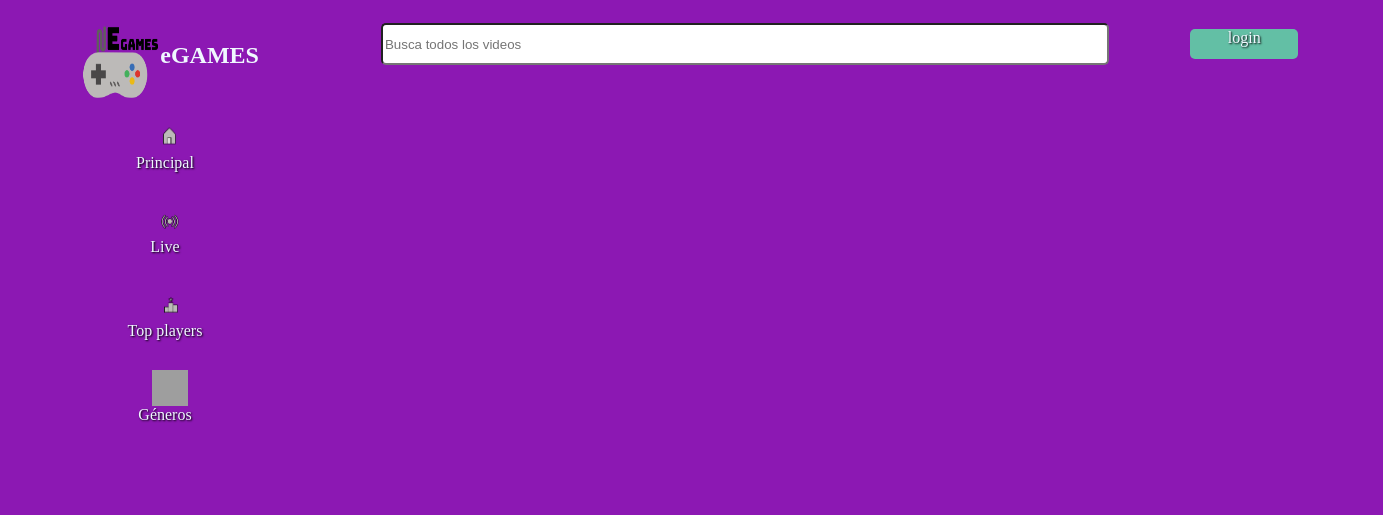
Repository: Meinuel/eGamesGonzalez
Page: index.html
These files come from the project's save history. The page is drawn as it stood at one moment and after the next save; the edit follows.
The browser window is 1280 px wide. The page is 1380 px wide, then 1383 px, so the pictures cover 1383 px, including what lies to the right of the window. The pictures show the whole page.
Pictures or frames that could not be fetched are drawn as grey boxes. Some web fonts or font styles are not loaded; a fallback is used.

Above is the page before, as saved 2021-06-24 16:08:40.

After the next save:
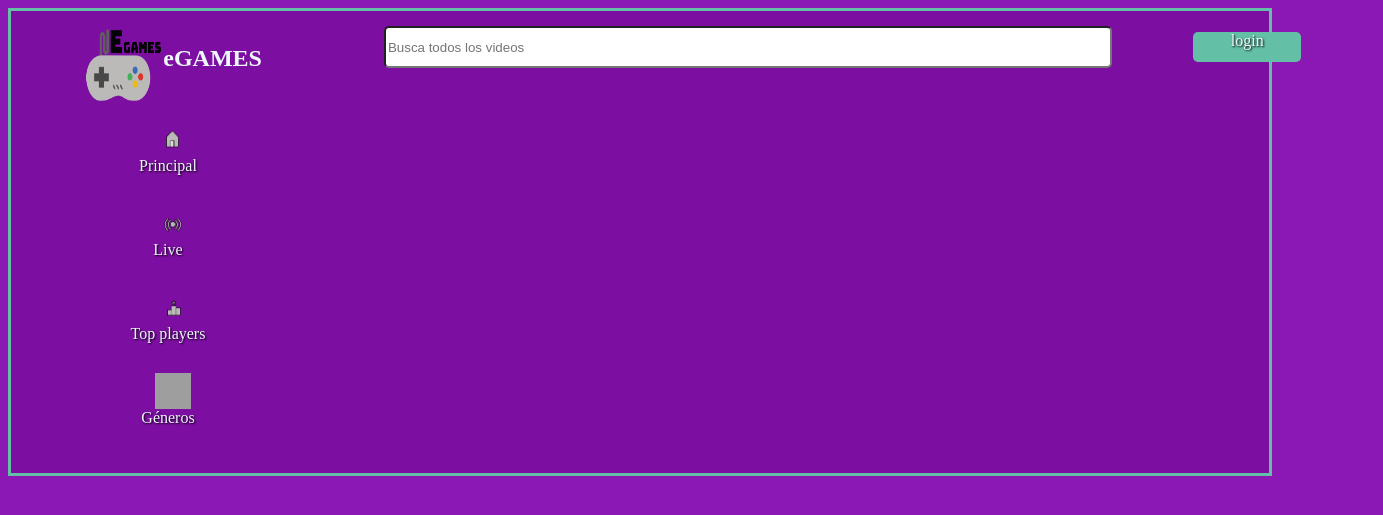
Saved 42 s later.
--- a/index.html
+++ b/index.html
@@ -12,7 +12,7 @@
 </head>
 
 <body>
-    <div id="grilla">
+    <div id="grilla" class="bordesNavegacion">
         <nav class="borders">
             <div class="logotipo">
                 <img src="assets/Icons/eGamesLogo.png" alt="Logo eGames" class="logoIcon">
